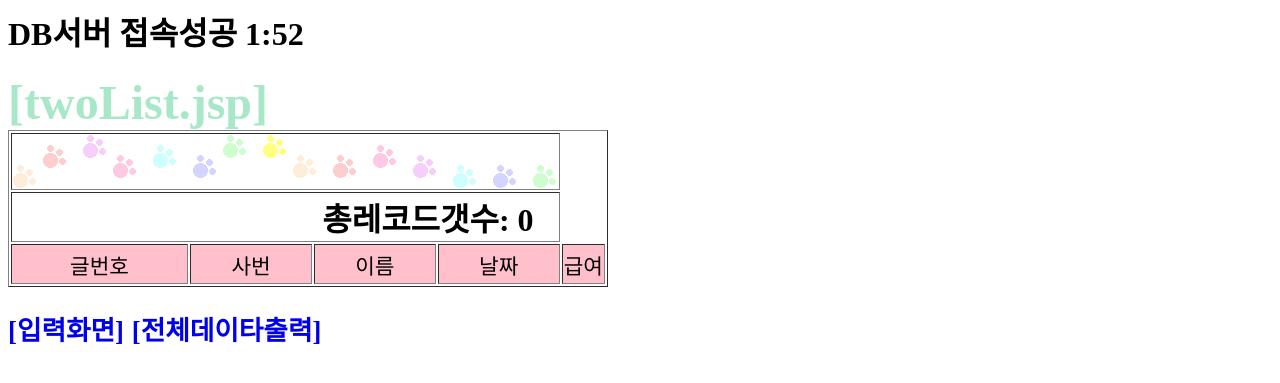
Repository: sorakazae/ITBANK_JSP_101
Page: http://localhost/Web0517/twoList.jsp
The author's editor kept a copy of each file at every save. The page is drawn from the files as they stood at one save, then again after the next save.
The browser window is 1280 px wide. The pictures show the whole page.
The page is served by Tomcat 9. Queries for data that is not in the repository find no rows.

Above is the page before, as saved 2014-06-01 02:44:58.

### day8/my/Web0517/WebContent/twoList.jsp
<%@ page language="java" contentType="text/html; charset=EUC-KR"
    pageEncoding="EUC-KR"%>

<%@ page import="java.sql.*" %>
<%@ page import="java.util.*" %>

<%!
	private Connection CN;  // DB서버연결정보
	private Statement ST;  // 정적명령어, select, delete쿼리문실행
	private PreparedStatement PST;  // insert, update쿼리문실행
	private ResultSet RS; //RS=ST.executeQuery(sql); 조회된결과
	private String sql; //쿼리문기술 insert, select

	private int Gsabun; //사번값을 받을 필드
	private String Gname; //이름값을 받을 필드
	private int data1;//사번값 데이타값 받을 필드
	private String data2;//이름 데이타값 받을 필드
	private int data3;//급여 데이타값 받을 필드
%>


<%
	try{
		Class.forName("oracle.jdbc.driver.OracleDriver");

		String url="jdbc:oracle:thin:@127.0.0.1:1521:XE";
		CN=DriverManager.getConnection(url, "system","oracle");
		out.println("<h1>DB서버 접속성공 1:52</h1>");
	}catch(Exception ex){
		out.println("<h1>접속에러: "+ex.toString()+"</h1>");
	}

%>

<html>
<head>
<title> [twoList.jsp] </title>
	<style type="text/css">
		td{ font-size:16pt; }
		a{text-decoration:none; font-size:20pt; font-family:궁서체; }
		a:hover{text-decoration:underline;font-size:36pt; font-family:궁서체; }
	</style>
</head>

<body>
 <table border=1 width=600>
  <tr>
  	<td colspan=4 height=40> <img src="images/bar.gif"> </td>
  </tr>
 <%
   int total=0;
   String sql2="select count(*) as cnt from insa";
   try{
	   Statement ST2=CN.createStatement();
	   ResultSet RS2=ST2.executeQuery(sql2); // sql이 아니라 sql2이다
	   if(RS2.next()==true){
		   total=RS2.getInt("cnt");
	   }
   }catch(Exception ex){}
 %>

  <tr align="right">
  	<td colspan=4 height=40>
  	<font size=6><b>총레코드갯수: <%= total %> &nbsp;&nbsp; </b></font>
  	</td>
  </tr>

  <tr height=40 bgcolor=pink align="center">
  	<td> 글번호 </td> <td> 사번 </td> <td> 이름 </td> <td> 날짜 </td> <td> 급여 </td>
  </tr>
  <font size=7 color="#A8E8C8"><b> [twoList.jsp]</b></font>
 <%
	try{
		sql="select * from insa order by sabun";
		ST=CN.createStatement(); //명령어생성
		RS=ST.executeQuery(sql); //조회한 결과는 ResultSet=RS기억
		while(RS.next()==true){ // 자바코드에서 html태그 분리
			Gsabun=RS.getInt("sabun");
			Gname=RS.getString("name");
%>
			<tr
			 onMouseOver="style.backgroundColor='#B7F7D7'"
			 onMouseOut="style.backgroundColor='' "
			>
		  	<td> <%= RS.getInt("rn") %>   </td>
		  	<td> <%= RS.getInt("sabun") %>   </td>
		  	<td> <a href="twoDetail.jsp?idx=<%= Gsabun %>"><%= Gname %></a></td>
		  	<td> <%= RS.getDate("nalja") %>  </td>
		  	<td> <%= RS.getInt("pay") %>     </td>
		  </tr>
<%
		}
	}catch(Exception ex){}
 %>
</table>
	<h1>
	 <a href="two.jsp">[입력화면]</a>
	 <a href="twoList.jsp">[전체데이타출력]</a>
	</h1>
</body>
</html>

After the next save:
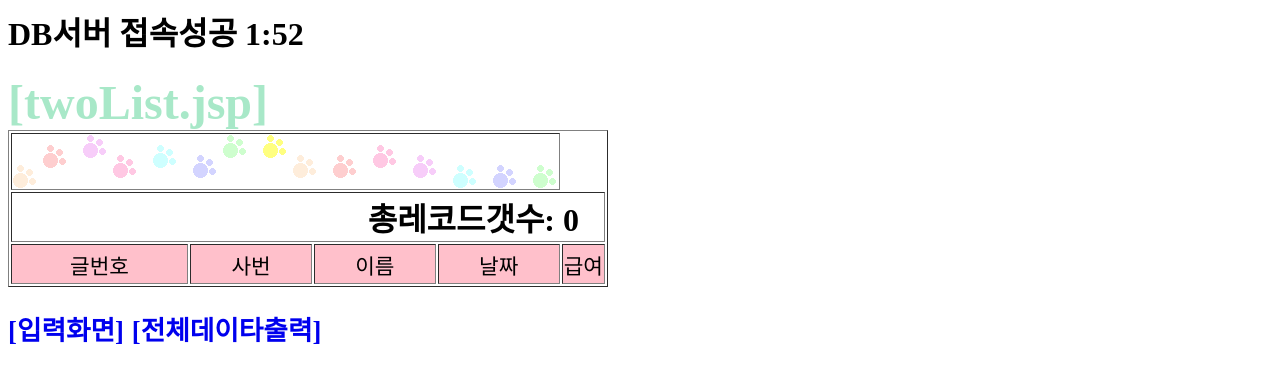
Saved 61 s later.
--- a/day8/my/Web0517/WebContent/twoList.jsp
+++ b/day8/my/Web0517/WebContent/twoList.jsp
@@ -60,7 +60,7 @@
  %>
 
   <tr align="right">
-  	<td colspan=4 height=40>
+  	<td colspan=5 height=40>
   	<font size=6><b>총레코드갯수: <%= total %> &nbsp;&nbsp; </b></font>
   	</td>
   </tr>
